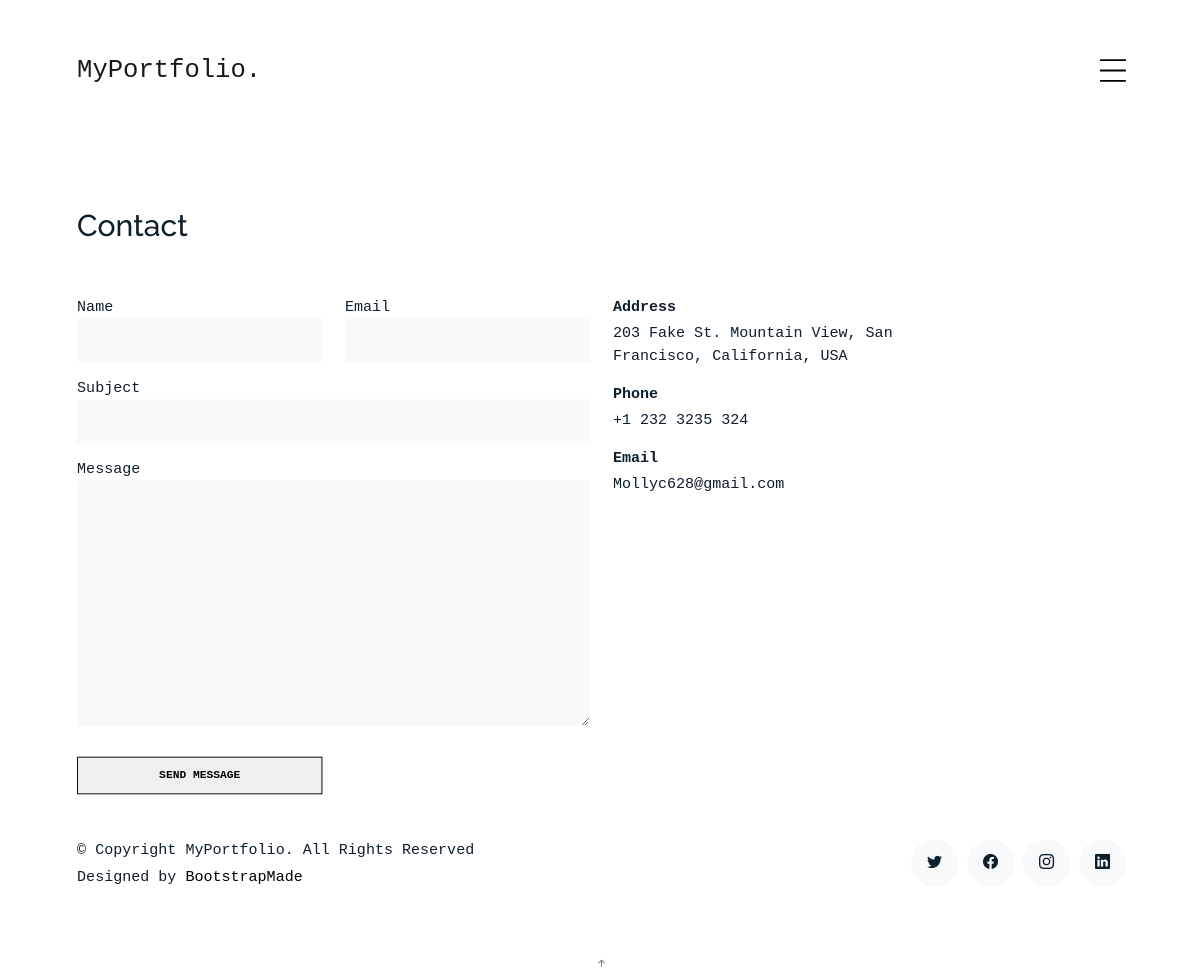
Repository: m0llyc00k/portfolio-2
Page: contact.html
The author's editor kept a record of every edit. The page is drawn from the files as they stood at one moment, then again after the next edit.
The browser window is 1280 px wide. The pictures show the whole page, at 94% of full size.
Some web fonts or font styles are not loaded; a fallback is used.

Above is the page before.

### contact.html
<!DOCTYPE html>
<html lang="en">

<head>
  <meta charset="utf-8">
  <meta content="width=device-width, initial-scale=1.0" name="viewport">

  <title>Molly Cook - Contact</title>
  <meta content="" name="description">
  <meta content="" name="keywords">

  <!-- Favicons -->
  <link href="assets/img/favicon.png" rel="icon">
  <link href="assets/img/apple-touch-icon.png" rel="apple-touch-icon">

  <!-- Google Fonts -->
  <link href="https://fonts.googleapis.com/css?family=https://fonts.googleapis.com/css?family=Inconsolata:400,500,600,700|Raleway:400,400i,500,500i,600,600i,700,700i" rel="stylesheet">

  <!-- Vendor CSS Files -->
  <link href="assets/vendor/aos/aos.css" rel="stylesheet">
  <link href="assets/vendor/bootstrap/css/bootstrap.min.css" rel="stylesheet">
  <link href="assets/vendor/bootstrap-icons/bootstrap-icons.css" rel="stylesheet">
  <link href="assets/vendor/swiper/swiper-bundle.min.css" rel="stylesheet">

  <!-- Template Main CSS File -->
  <link href="assets/css/style.css" rel="stylesheet">

  <!-- =======================================================
  * Template Name: MyPortfolio - v4.7.0
  * Template URL: https://bootstrapmade.com/myportfolio-bootstrap-portfolio-website-template/
  * Author: BootstrapMade.com
  * License: https://bootstrapmade.com/license/
  ======================================================== -->
</head>

<body>

  <!-- ======= Navbar ======= -->
  <div class="collapse navbar-collapse custom-navmenu" id="main-navbar">
    <div class="container py-2 py-md-5">
      <div class="row align-items-start">
        <div class="col-md-2">
          <ul class="custom-menu">

            <li class="active"><a href="contact.html">Contact</a></li>
          </ul>
        </div>
        <div class="col-md-6 d-none d-md-block  mr-auto">
          <div class="tweet d-flex">
            <span class="bi bi-twitter text-white mt-2 mr-3"></span>
            <div>
              <p><em>Molly Cook is a data visualization designer living in Queens, New York. She is currently enrolled in the Masters of Science, Data Visualization program and is set to graduate in May, 2022. Please contact her to connect!<br> <a href="#">t.co/v82jsk</a></em></p>
            </div>
          </div>
        </div>
        <div class="col-md-4 d-none d-md-block">
          <h3>Hire Me</h3>
          <p>Skills include HTML, CSS, and Javascript. Molly is also proficient in Adobe Creative Suite and relies on her drafting and prototyping skills heavily in her design process. <br> <a href="#">Mollyc628@gmail.com</a></p>
        </div>
      </div>

    </div>
  </div>

  <nav class="navbar navbar-light custom-navbar">
    <div class="container">
      <a class="navbar-brand" href="index.html">MyPortfolio.</a>
      <a href="#" class="burger" data-bs-toggle="collapse" data-bs-target="#main-navbar">
        <span></span>
      </a>
    </div>
  </nav>

  <main id="main">

    <section class="section pb-5">
      <div class="container">

        <div class="row mb-5 align-items-end">
          <div class="col-md-6" data-aos="fade-up">
            <h2>Contact</h2>

          </div>

        </div>

        <div class="row">
          <div class="col-md-6 mb-5 mb-md-0" data-aos="fade-up">

            <form action="forms/contact.php" method="post" role="form" class="php-email-form">

              <div class="row gy-3">
                <div class="col-md-6 form-group">
                  <label for="name">Name</label>
                  <input type="text" name="name" class="form-control" id="name" required>
                </div>
                <div class="col-md-6 form-group">
                  <label for="name">Email</label>
                  <input type="email" class="form-control" name="email" id="email" required>
                </div>
                <div class="col-md-12 form-group">
                  <label for="name">Subject</label>
                  <input type="text" class="form-control" name="subject" id="subject" required>
                </div>
                <div class="col-md-12 form-group">
                  <label for="name">Message</label>
                  <textarea class="form-control" name="message" cols="30" rows="10" required></textarea>
                </div>

                <div class="col-md-12 my-3">
                  <div class="loading">Loading</div>
                  <div class="error-message"></div>
                  <div class="sent-message">Your message has been sent. Thank you!</div>
                </div>

                <div class="col-md-6 mt-0 form-group">
                  <input type="submit" class="readmore d-block w-100" value="Send Message">
                </div>
              </div>

            </form>

          </div>

          <div class="col-md-4 ml-auto order-2" data-aos="fade-up">
            <ul class="list-unstyled">
              <li class="mb-3">
                <strong class="d-block mb-1">Address</strong>
                <span>203 Fake St. Mountain View, San Francisco, California, USA</span>
              </li>
              <li class="mb-3">
                <strong class="d-block mb-1">Phone</strong>
                <span>+1 232 3235 324</span>
              </li>
              <li class="mb-3">
                <strong class="d-block mb-1">Email</strong>
                <span>Mollyc628@gmail.com</span>
              </li>
            </ul>
          </div>

        </div>

      </div>

    </section>

  </main><!-- End #main -->

  <!-- ======= Footer ======= -->
  <footer class="footer" role="contentinfo">
    <div class="container">
      <div class="row">
        <div class="col-sm-6">
          <p class="mb-1">&copy; Copyright MyPortfolio. All Rights Reserved</p>
          <div class="credits">
            <!--
            All the links in the footer should remain intact.
            You can delete the links only if you purchased the pro version.
            Licensing information: https://bootstrapmade.com/license/
            Purchase the pro version with working PHP/AJAX contact form: https://bootstrapmade.com/buy/?theme=MyPortfolio
          -->
            Designed by <a href="https://bootstrapmade.com/">BootstrapMade</a>
          </div>
        </div>
        <div class="col-sm-6 social text-md-end">
          <a href="#"><span class="bi bi-twitter"></span></a>
          <a href="#"><span class="bi bi-facebook"></span></a>
          <a href="#"><span class="bi bi-instagram"></span></a>
          <a href="#"><span class="bi bi-linkedin"></span></a>
        </div>
      </div>
    </div>
  </footer>

  <a href="#" class="back-to-top d-flex align-items-center justify-content-center"><i class="bi bi-arrow-up-short"></i></a>

  <!-- Vendor JS Files -->
  <script src="assets/vendor/aos/aos.js"></script>
  <script src="assets/vendor/bootstrap/js/bootstrap.bundle.min.js"></script>
  <script src="assets/vendor/isotope-layout/isotope.pkgd.min.js"></script>
  <script src="assets/vendor/swiper/swiper-bundle.min.js"></script>
  <script src="assets/vendor/php-email-form/validate.js"></script>

  <!-- Template Main JS File -->
  <script src="assets/js/main.js"></script>

</body>

</html>

### assets/css/style.css
/**
* Template Name: MyPortfolio - v4.7.0
* Template URL: https://bootstrapmade.com/myportfolio-bootstrap-portfolio-website-template/
* Author: BootstrapMade.com
* License: https://bootstrapmade.com/license/
*/

/*--------------------------------------------------------------
# General
--------------------------------------------------------------*/
body {
  font-family: "Inconsolata", monospace;
  color: #0d1e2d;
}

a {
  color: #777;
  text-decoration: none;
}

a:hover {
  color: #000;
}

h1, h2, h3, h4, h5, h6, .font-heading {
  font-family: "Raleway", sans-serif;
}

.section {
  padding: 7rem 0;
}

.filters a {
  text-decoration: none;
  color: #000;
  display: inline-block;
  padding-left: 10px;
  padding-right: 10px;
  position: relative;
}
.filters a:hover, .filters a:focus, .filters a:active {
  text-decoration: none;
}
.filters a:hover:before {
  content: "";
  position: absolute;
  left: 10px;
  right: 10px;
  bottom: 0;
  height: 1px;
  background-color: #000;
}
.filters a.active {
  color: #000;
}
.filters a.active:before {
  content: "";
  position: absolute;
  left: 10px;
  right: 10px;
  bottom: 0;
  height: 1px;
  background-color: #000;
}

.item {
  border: none;
  margin-bottom: 30px;
}
.item .item-wrap {
  display: block;
  position: relative;
  overflow: hidden;
}
.item .item-wrap:after {
  z-index: 2;
  position: absolute;
  content: "";
  top: 0;
  left: 0;
  right: 0;
  bottom: 0;
  background: rgba(0, 0, 0, 0.4);
  visibility: hidden;
  opacity: 0;
  transition: 0.3s all ease-in-out;
}
.item .item-wrap img {
  transition: 0.3s transform ease;
  transform: scale(1);
}
.item .item-wrap > .work-info {
  position: absolute;
  top: 50%;
  width: 100%;
  text-align: center;
  z-index: 3;
  transform: translateY(-50%);
  color: #fff;
  opacity: 0;
  visibility: hidden;
  margin-top: 20px;
  transition: 0.3s all ease;
}
.item .item-wrap > .work-info h3 {
  font-size: 20px;
  margin-bottom: 0;
}
.item .item-wrap > .work-info span {
  font-size: 14px;
  text-transform: uppercase;
  letter-spacing: 0.2rem;
}
.item .item-wrap:hover {
  text-decoration: none;
}
.item .item-wrap:hover img {
  transform: scale(1.05);
}
.item .item-wrap:hover:after {
  opacity: 1;
  visibility: visible;
}
.item .item-wrap:hover .work-info {
  margin-top: 0px;
  opacity: 1;
  visibility: visible;
}

.testimonial-wrap {
  padding: 50px 50px 80px 50px;
  background: #eceff2;
}
.testimonial-wrap .testimonial {
  text-align: center;
  max-width: 500px;
  margin: 0 auto;
}
.testimonial-wrap .testimonial img {
  border-radius: 50%;
  width: 120px;
  margin: 0 auto 30px auto;
}
.testimonial-wrap .testimonial blockquote p {
  font-size: 20px;
}

.h3 {
  font-size: 20px;
}

.h4 {
  font-size: 16px;
}

.heading {
  font-size: 28px;
}

.readmore {
  display: inline-block;
  border: 1px solid #000;
  padding: 10px 15px;
  font-size: 12px;
  text-transform: uppercase;
  color: #000;
  transition: 0.2s all ease;
  font-weight: 700;
}
.readmore:active, .readmore:focus, .readmore:hover {
  outline: none;
}
.readmore:hover {
  color: #fff;
  text-decoration: none;
  background: #000;
}

.testimonials-slider .swiper-pagination {
  margin-top: -60px;
  position: relative;
}
.testimonials-slider .swiper-pagination .swiper-pagination-bullet {
  width: 12px;
  height: 12px;
  background-color: rgba(13, 30, 45, 0.3);
  opacity: 1;
}
.testimonials-slider .swiper-pagination .swiper-pagination-bullet-active {
  background-color: rgba(13, 30, 45, 0.6);
}

.sticky-content {
  position: sticky;
  position: -webkit-sticky;
  top: 0;
  /* required */
}

.list-line li {
  margin-bottom: 10px;
  position: relative;
  padding-left: 30px;
}
.list-line li:before {
  content: "";
  position: absolute;
  left: 0;
  top: 0.7rem;
  width: 10px;
  height: 2px;
  background: #000;
}

.form-control {
  border-radius: 0;
  background: #f8f9fa;
  border: 1px solid transparent;
  padding-top: 10px !important;
  padding-bottom: 10px !important;
}
.form-control:active, .form-control:focus {
  background: #eff1f4;
  outline: none;
  box-shadow: none;
  border: 1px solid transparent;
}

.custom-progress {
  height: 7px;
  border-radius: 0;
}
.custom-progress .progress-bar {
  background: #000;
}

/* Services */
.services i {
  font-size: 40px;
}
.services h4 {
  padding-top: 10px;
}

/* Contact Form */
.php-email-form .error-message {
  display: none;
  color: #fff;
  background: #ed3c0d;
  text-align: left;
  padding: 15px;
  font-weight: 600;
}
.php-email-form .error-message br + br {
  margin-top: 25px;
}
.php-email-form .sent-message {
  display: none;
  color: #fff;
  background: #18d26e;
  text-align: center;
  padding: 15px;
  font-weight: 600;
}
.php-email-form .loading {
  display: none;
  background: #fff;
  text-align: center;
  padding: 15px;
}
.php-email-form .loading:before {
  content: "";
  display: inline-block;
  border-radius: 50%;
  width: 24px;
  height: 24px;
  margin: 0 10px -6px 0;
  border: 3px solid #18d26e;
  border-top-color: #eee;
  -webkit-animation: animate-loading 1s linear infinite;
  animation: animate-loading 1s linear infinite;
}

@-webkit-keyframes animate-loading {
  0% {
    transform: rotate(0deg);
  }
  100% {
    transform: rotate(360deg);
  }
}

@keyframes animate-loading {
  0% {
    transform: rotate(0deg);
  }
  100% {
    transform: rotate(360deg);
  }
}
/*--------------------------------------------------------------
# Header
--------------------------------------------------------------*/
/* Custom Navmenu */
.custom-navmenu {
  background: #0d1e2d;
}
.custom-navmenu .custom-menu, .custom-navmenu .custom-menu li {
  padding: 0;
  margin: 0;
  list-style: none;
}
.custom-navmenu .custom-menu li {
  margin-bottom: 0;
  font-size: 20px;
}
.custom-navmenu .custom-menu li a {
  color: #fff;
  padding: 10px 0 !important;
}
.custom-navmenu .custom-menu li a:hover {
  text-decoration: none;
}
.custom-navmenu .custom-menu li.active a {
  text-decoration: underline;
}
.custom-navmenu h3 {
  font-size: 20px;
  color: #fff;
}
.custom-navmenu p {
  color: rgba(255, 255, 255, 0.6);
}
.custom-navmenu a {
  color: rgba(255, 255, 255, 0.7);
}
.custom-navmenu a:hover {
  color: #fff;
}

/* Custom Navbar */
.custom-navbar {
  padding-top: 50px;
  width: 100%;
}
@media (max-width: 780px) {
  .custom-navbar > .container {
    padding-right: 0;
    padding-left: 0;
  }
}
.custom-navbar .navbar-brand {
  font-size: 1.7rem;
}

/* Burger */
.burger {
  width: 28px;
  height: 32px;
  cursor: pointer;
  position: relative;
}

.burger:before, .burger span, .burger:after {
  width: 100%;
  height: 2px;
  display: block;
  background: #000;
  border-radius: 2px;
  position: absolute;
  opacity: 1;
}

.burger:before, .burger:after {
  transition: top 0.35s cubic-bezier(0.23, 1, 0.32, 1), transform 0.35s cubic-bezier(0.23, 1, 0.32, 1), opacity 0.35s cubic-bezier(0.23, 1, 0.32, 1), background-color 1.15s cubic-bezier(0.86, 0, 0.07, 1);
  -webkit-transition: top 0.35s cubic-bezier(0.23, 1, 0.32, 1), -webkit-transform 0.35s cubic-bezier(0.23, 1, 0.32, 1), opacity 0.35s cubic-bezier(0.23, 1, 0.32, 1), background-color 1.15s cubic-bezier(0.86, 0, 0.07, 1);
  content: "";
}

.burger:before {
  top: 4px;
}

.burger span {
  top: 15px;
}

.burger:after {
  top: 26px;
}

/* Hover */
.burger:hover:before {
  top: 7px;
}

.burger:hover:after {
  top: 23px;
}

/* Click */
.burger.active span {
  opacity: 0;
}

.burger.active:before, .burger.active:after {
  top: 40%;
}

.burger.active:before {
  transform: rotate(45deg);
}

.burger.active:after {
  transform: rotate(-45deg);
}

.burger:focus {
  outline: none;
}

/*--------------------------------------------------------------
# Footer
--------------------------------------------------------------*/
.footer {
  padding: 0 0 4rem 0;
}
.footer a {
  color: #000;
}

.social a {
  display: inline-block;
  width: 50px;
  height: 50px;
  border-radius: 50%;
  background: #f8f9fa;
  position: relative;
  text-align: center;
  color: #0d1e2d;
}
.social a span {
  display: inline-block;
  left: 50%;
  position: absolute;
  top: 50%;
  transform: translate(-50%, -50%);
}
.social a:hover {
  color: #000;
}

### assets/js/main.js
/**
* Template Name: MyPortfolio - v4.7.0
* Template URL: https://bootstrapmade.com/myportfolio-bootstrap-portfolio-website-template/
* Author: BootstrapMade.com
* License: https://bootstrapmade.com/license/
*/
(function() {
  "use strict";

  /**
   * Easy selector helper function
   */
  const select = (el, all = false) => {
    el = el.trim()
    if (all) {
      return [...document.querySelectorAll(el)]
    } else {
      return document.querySelector(el)
    }
  }

  /**
   * Easy event listener function
   */
  const on = (type, el, listener, all = false) => {
    let selectEl = select(el, all)
    if (selectEl) {
      if (all) {
        selectEl.forEach(e => e.addEventListener(type, listener))
      } else {
        selectEl.addEventListener(type, listener)
      }
    }
  }

  /**
   * Easy on scroll event listener
   */
  const onscroll = (el, listener) => {
    el.addEventListener('scroll', listener)
  }

  /**
   * burgerMenu
   */
  const burgerMenu = select('.burger')
  on('click', '.burger', function(e) {
    burgerMenu.classList.toggle('active');
  })

  /**
   * Porfolio isotope and filter
   */
  window.addEventListener('load', () => {
    let portfolioContainer = select('#portfolio-grid');
    if (portfolioContainer) {
      let portfolioIsotope = new Isotope(portfolioContainer, {
        itemSelector: '.item',
      });

      let portfolioFilters = select('#filters a', true);

      on('click', '#filters a', function(e) {
        e.preventDefault();
        portfolioFilters.forEach(function(el) {
          el.classList.remove('active');
        });
        this.classList.add('active');

        portfolioIsotope.arrange({
          filter: this.getAttribute('data-filter')
        });
        portfolioIsotope.on('arrangeComplete', function() {
          AOS.refresh()
        });
      }, true);
    }

  });

  /**
   * Testimonials slider
   */
  new Swiper('.testimonials-slider', {
    speed: 600,
    loop: true,
    autoplay: {
      delay: 5000,
      disableOnInteraction: false
    },
    slidesPerView: 'auto',
    pagination: {
      el: '.swiper-pagination',
      type: 'bullets',
      clickable: true
    }
  });

  /**
   * Animation on scroll
   */
  window.addEventListener('load', () => {
    AOS.init({
      duration: 1000,
      easing: 'ease-in-out',
      once: true,
      mirror: false
    })
  });

})()

Loaded but not shown: assets/vendor/aos/aos.css (library); assets/vendor/bootstrap/css/bootstrap.min.css (library); assets/vendor/bootstrap-icons/bootstrap-icons.css (library); assets/vendor/swiper/swiper-bundle.min.css (library); assets/vendor/aos/aos.js (library); assets/vendor/bootstrap/js/bootstrap.bundle.min.js (library); assets/vendor/isotope-layout/isotope.pkgd.min.js (library); assets/vendor/swiper/swiper-bundle.min.js (library); assets/vendor/php-email-form/validate.js (common file)

After the next edit:
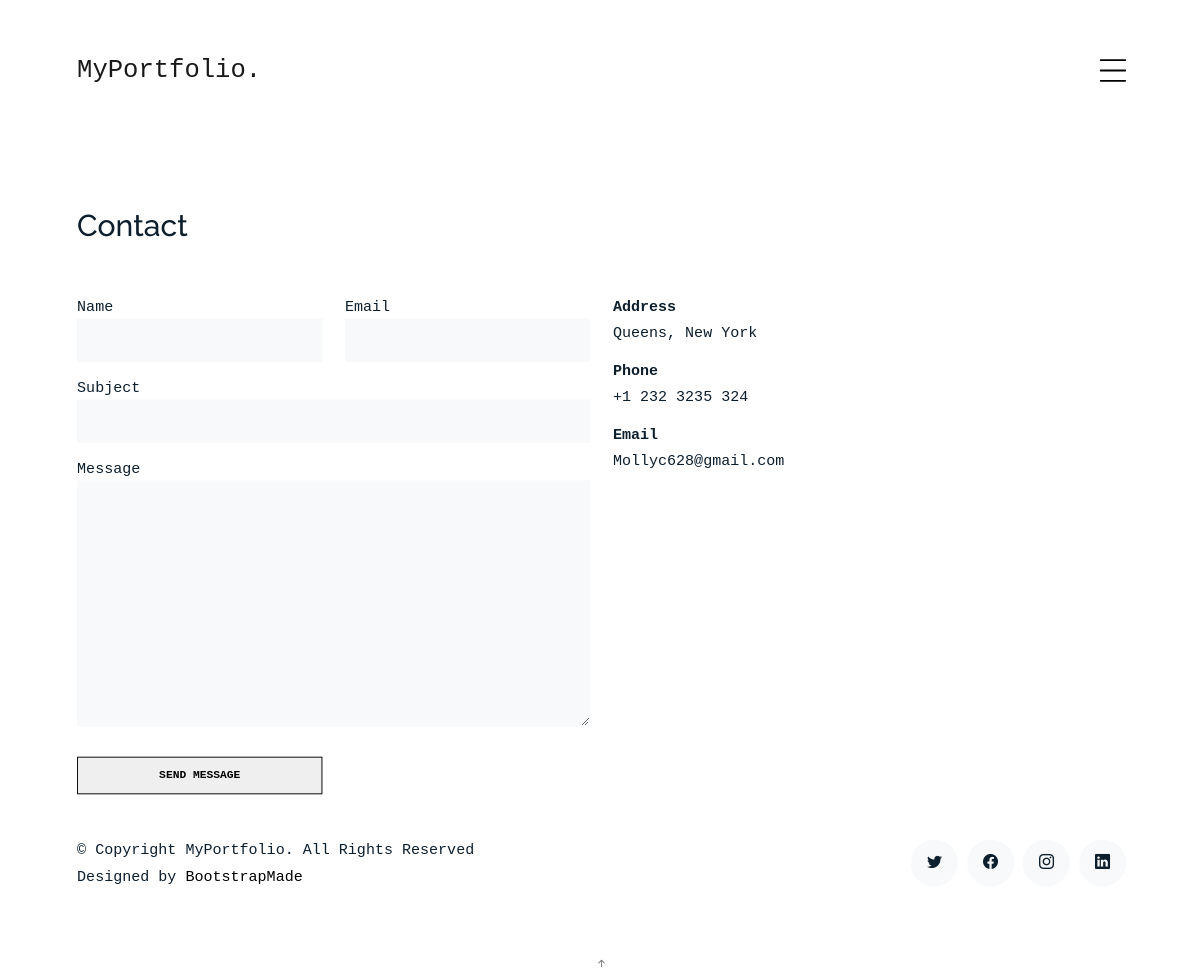
The edit:
--- a/contact.html
+++ b/contact.html
@@ -126,7 +126,7 @@
             <ul class="list-unstyled">
               <li class="mb-3">
                 <strong class="d-block mb-1">Address</strong>
-                <span>203 Fake St. Mountain View, San Francisco, California, USA</span>
+                <span>Queens, New York</span>
               </li>
               <li class="mb-3">
                 <strong class="d-block mb-1">Phone</strong>
